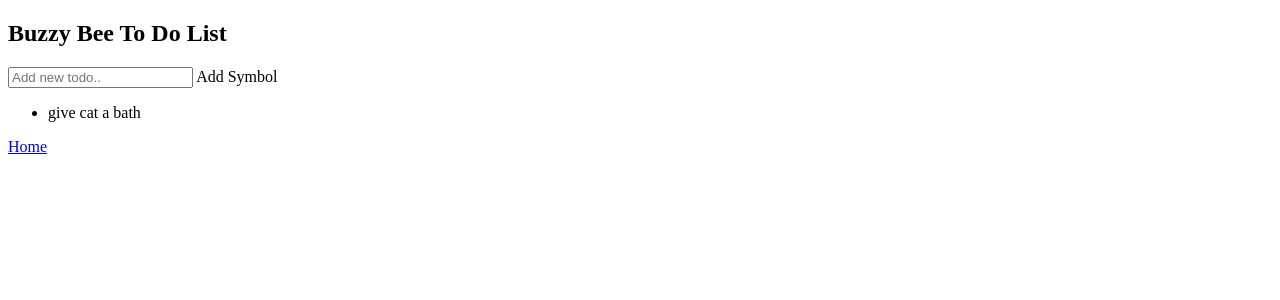
Repository: seleniadelgado/backend-spring2020-angie
Page: projects/todo/public_html/index.html
An editor plug-in stored every save of this project. The page is shown before and after the next save, followed by the edit.
The browser window is 1280 px wide. The pictures show the whole page.

Above is the page before, as saved 2020-05-11 17:42:50.
Console error: ReferenceError: d is not defined

### projects/todo/public_html/index.html
<!DOCTYPE html>

<html lang="en">
    <head>
        <meta charset="utf-8">
        <title>Buzzy Bee - To Do List</title>
        <meta name="description" content="The HTML5 Herald">
        <meta name="author" content="SitePoint">
        <style></style>
    <script
    src="https://code.jquery.com/jquery-3.5.0.min.js"
    integrity="sha256-xNzN2a4ltkB44Mc/Jz3pT4iU1cmeR0FkXs4pru/JxaQ="
    crossorigin="anonymous">
    </script>
</head>
<body>
    <div class="section-title">
        <h2>Buzzy Bee To Do List</h2>
        <input type="text" id="newNote" placeholder="Add new todo..">
        <span class="addBtn">Add Symbol</span>
    </div>

    <ul id="myList">
        <li>give cat a bath</li>
    </ul>

























    <a href="http://localhost:3000/">Home</a>



    <script>
        $(document).ready(() => {d
            let objectToSend = {
                note: "Do something",
                author: "Nick"
            }

            $.post("http://localhost:3000/newNote", objectToSend, (dataToGet) => {
                console.log(dataToGet);
            });
            $.post("http://localhost:3000/readNotes", {}, (dataToGet) => {
                let allNotesArray = dataToGet.notes;

                console.log(allNotesArray);
            })
        })
    </script>
</body>
</html>

After the next save:
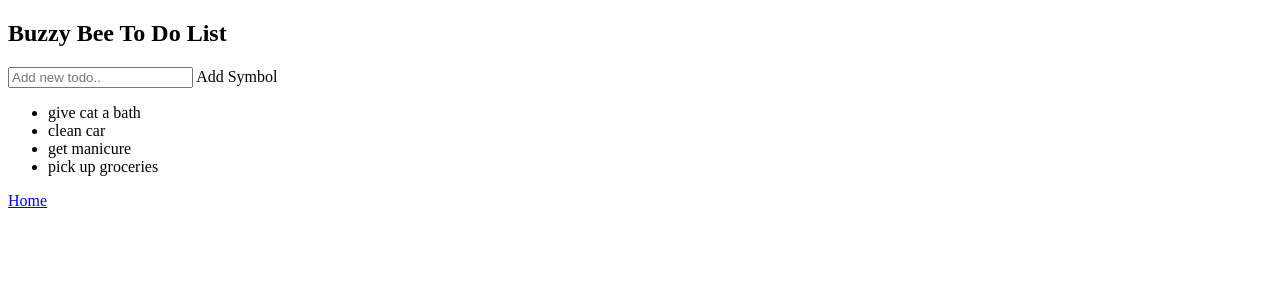
Saved 59 s later.
--- a/projects/todo/public_html/index.html
+++ b/projects/todo/public_html/index.html
@@ -22,6 +22,9 @@
 
     <ul id="myList">
         <li>give cat a bath</li>
+        <li>clean car</li>
+        <li>get manicure</li>
+        <li>pick up groceries</li>
     </ul>
 
 
